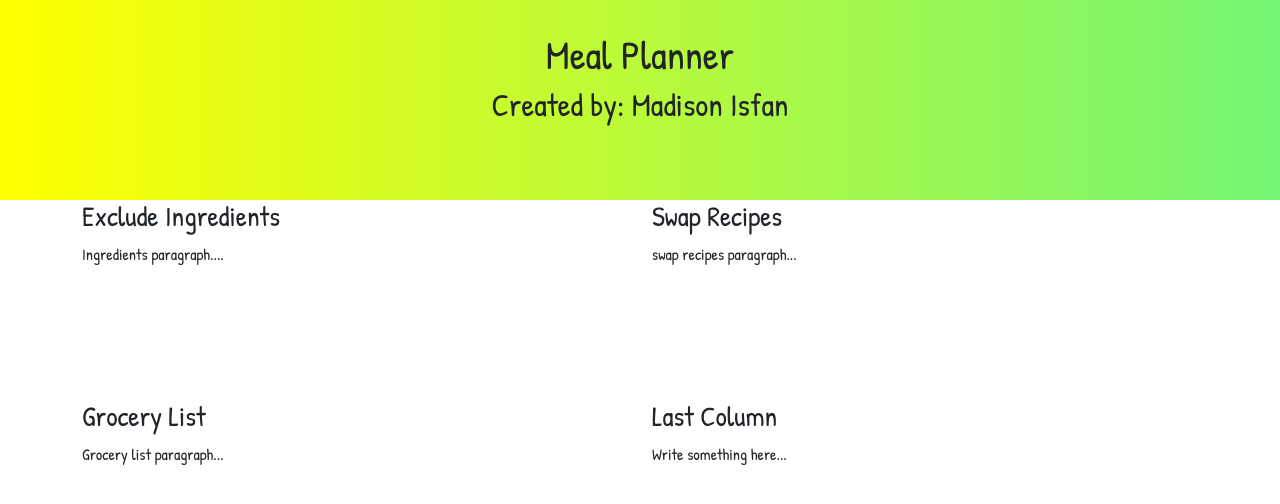
Repository: madisonisfan/Meal-Planner
Page: index.html
The author's editor kept a copy of each file at every save. The page is drawn from the files as they stood at one save, then again after the next save.
The browser window is 1280 px wide. The pictures show the whole page.
Some web libraries are served in a nearby version.

Above is the page before, as saved 2021-02-17 16:47:28.

After the next save:
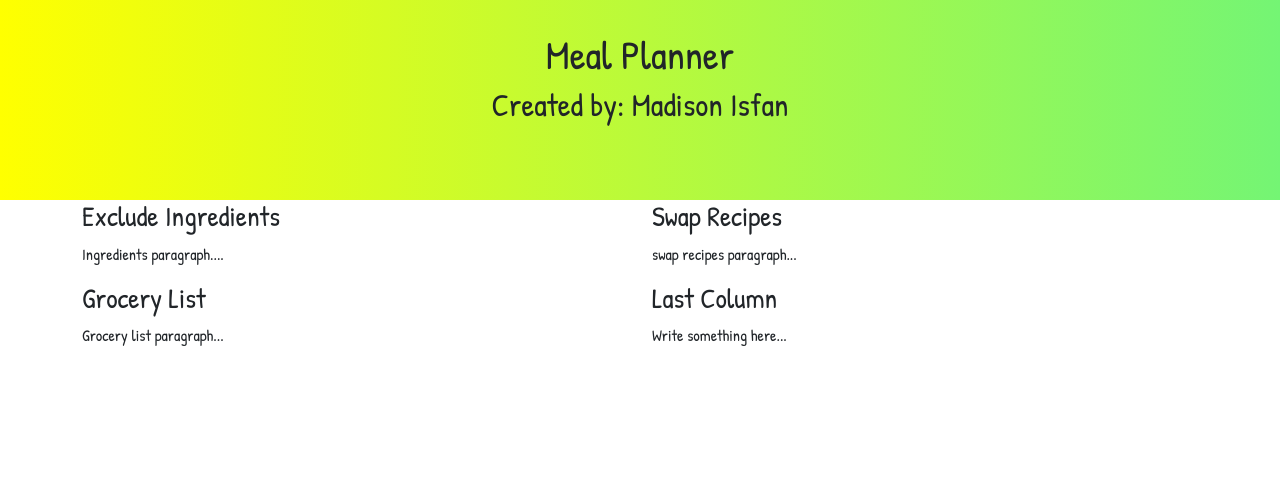
Saved 80 s later.
--- a/index.html
+++ b/index.html
@@ -26,7 +26,7 @@
     </header>
 
     <div class="container ">
-        <div class="row row-content justify-content-center">
+        <div class="row  justify-content-center">
             <div class="col-6">
                 <h3>Exclude Ingredients</h3>
                 <p>Ingredients paragraph....</p>

After the save that followed:
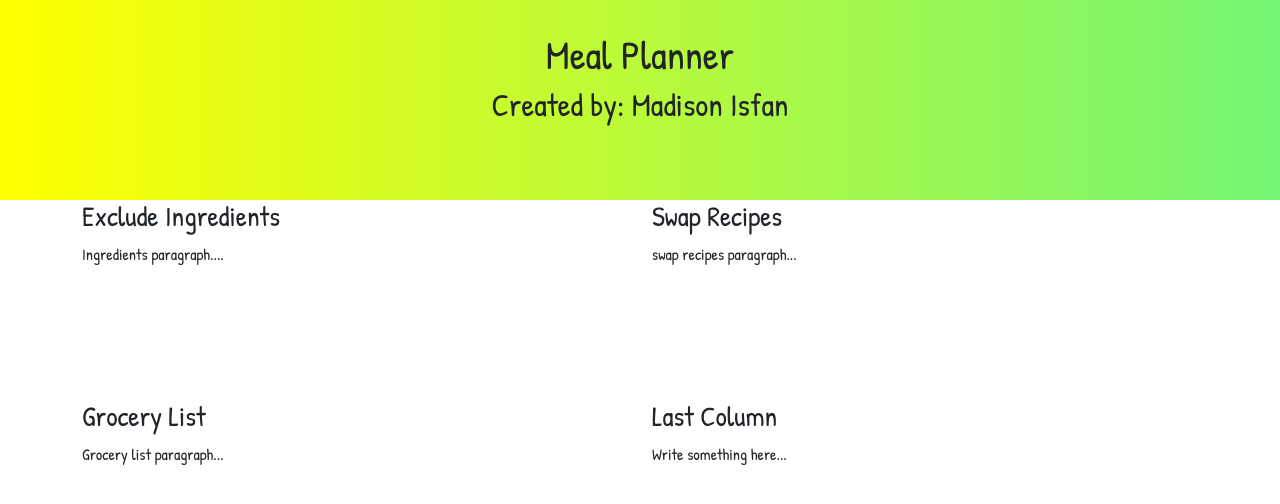
Saved 8 s later.
--- a/index.html
+++ b/index.html
@@ -26,7 +26,7 @@
     </header>
 
     <div class="container ">
-        <div class="row  justify-content-center">
+        <div class="row row-content justify-content-center">
             <div class="col-6">
                 <h3>Exclude Ingredients</h3>
                 <p>Ingredients paragraph....</p>
